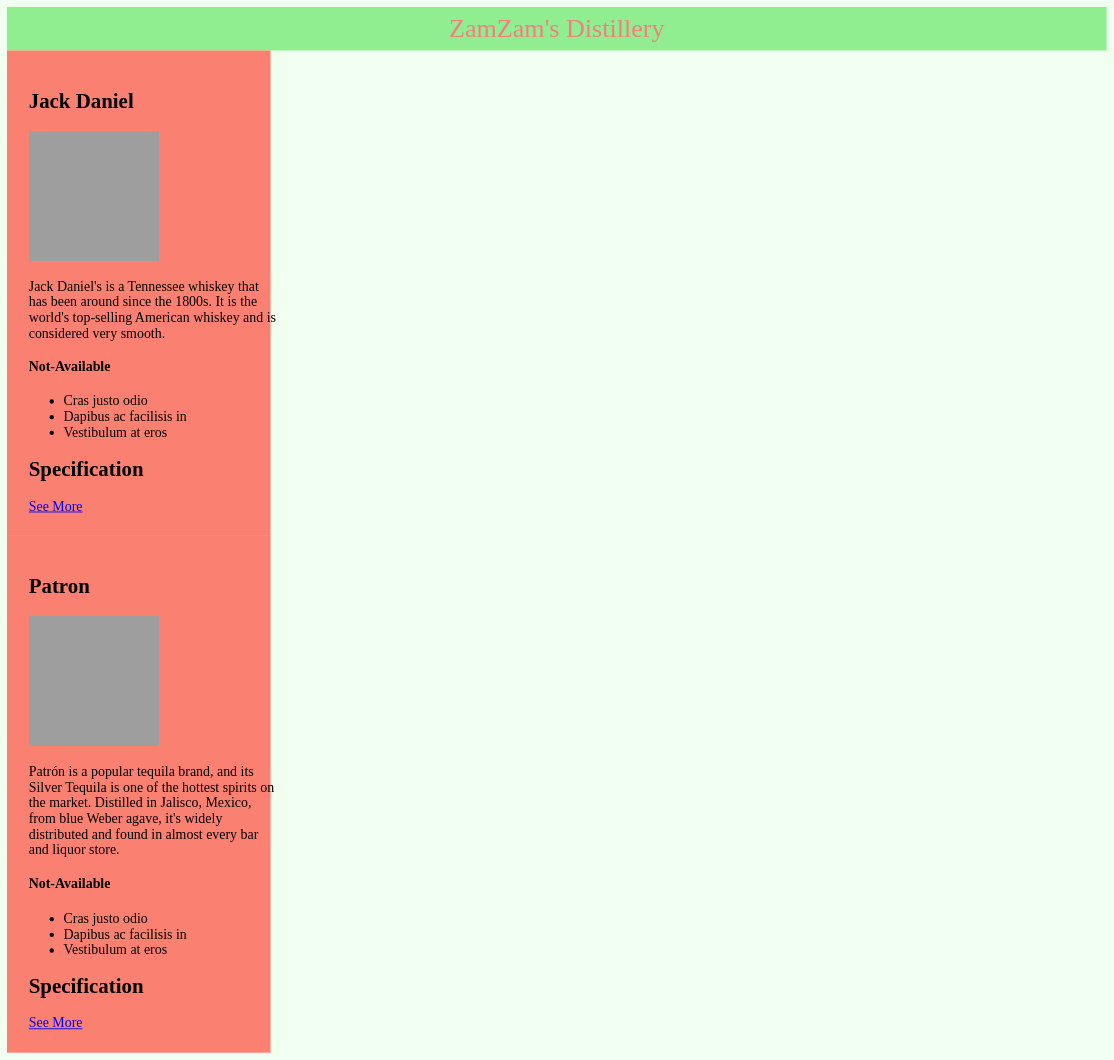
Repository: ZamlZam/REPO-11
Page: product-cards/index.html
These files come from the project's save history. The page is drawn as it stood at one moment and after a run of saves; the edit follows.
The browser window is 1280 px wide. The pictures show the whole page, at 87% of full size.
Pictures or frames that could not be fetched are drawn as grey boxes.

Above is the page before, as saved 2023-04-14 17:02:46.

After the next 2 saves:
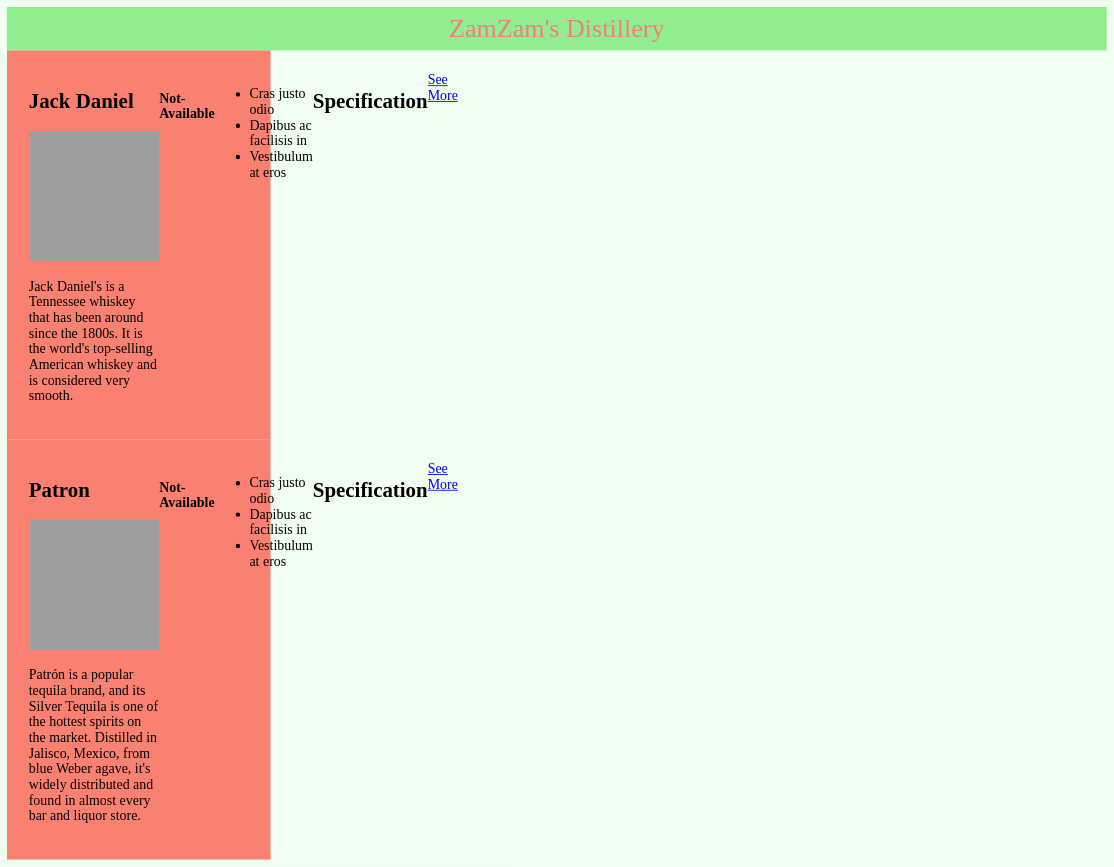
The 2 saves are shown as one change because they came seconds apart.
The last was saved 33 s later.
--- a/product-cards/main.css
+++ b/product-cards/main.css
@@ -20,6 +20,6 @@
   background-color:salmon;
   width: 20%;
   height: 100%;
-  display
+  display:flex
 
 }
